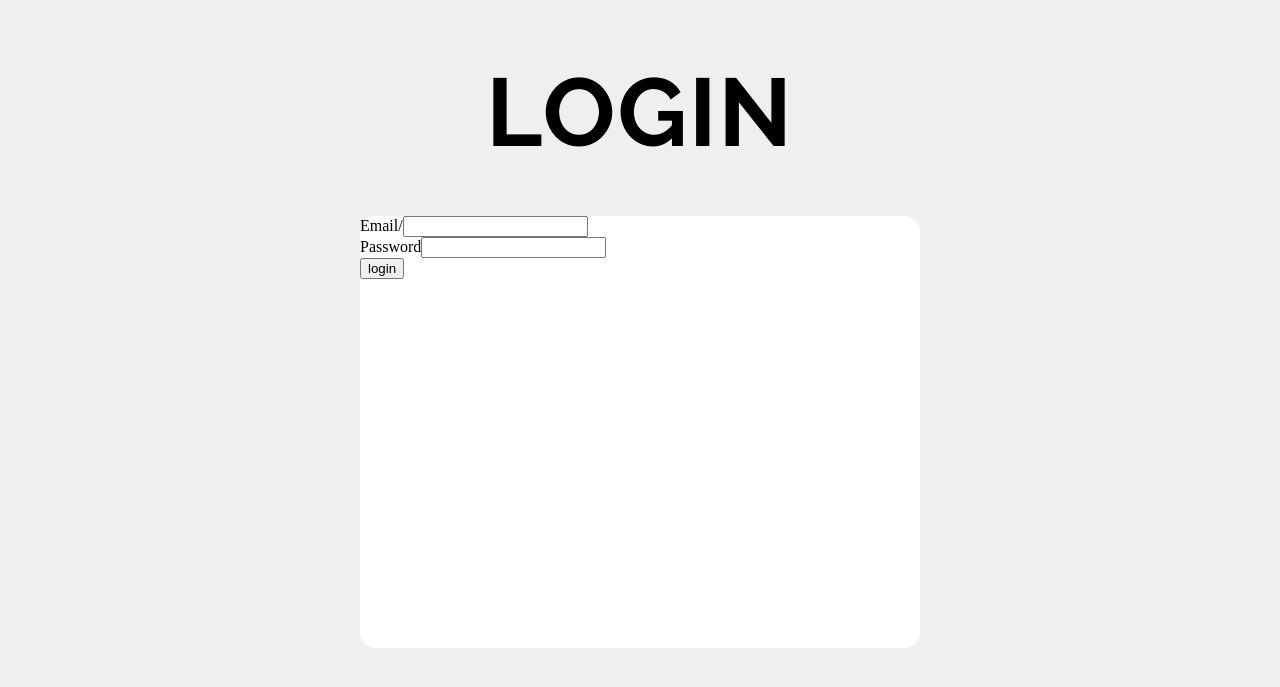
Repository: rehamtaher10/thirdReactTask
Page: /
The author's editor kept a copy of each file at every save. The page is drawn from the files as they stood at one save, then again after the next save.
The browser window is 1280 px wide. The pictures show the whole page.
The project was rebuilt for these pictures with package versions that can differ from the ones it lists, and the page was loaded fresh each time. Also part of the build but not shown: vite.config.js, src/components/HomePage/Home.jsx, src/style/navBar.css, src/components/Navbar.jsx, src/components/Layout/Layout.jsx, src/components/AboutPage/About.jsx, src/style/contactUs.css, src/components/ContactUsPage/ContactUs.jsx and 2 more.

Above is the page before, as saved 2024-12-01 23:43:50.

After the next save:
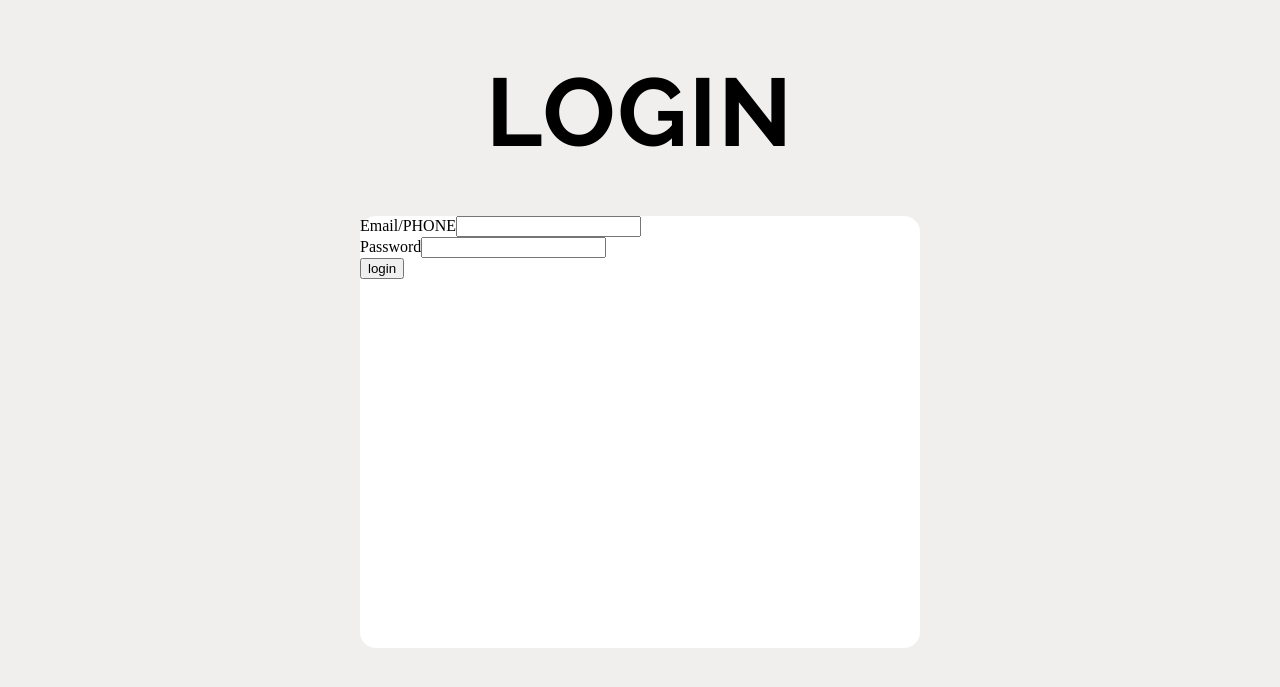
Saved 4 s later.
--- a/src/components/loginPage/LoginPage.jsx
+++ b/src/components/loginPage/LoginPage.jsx
@@ -32,7 +32,7 @@ export default function LoginPage() {
       >
         <Form>
 
-          <WrapperInput name={"email"} label="Email/" isDefault />
+          <WrapperInput name={"email"} label="Email/PHONE" isDefault />
           <WrapperInput name={"password"}  label="Password" isPassword />
           <button type="submit">login</button>
         </Form>
